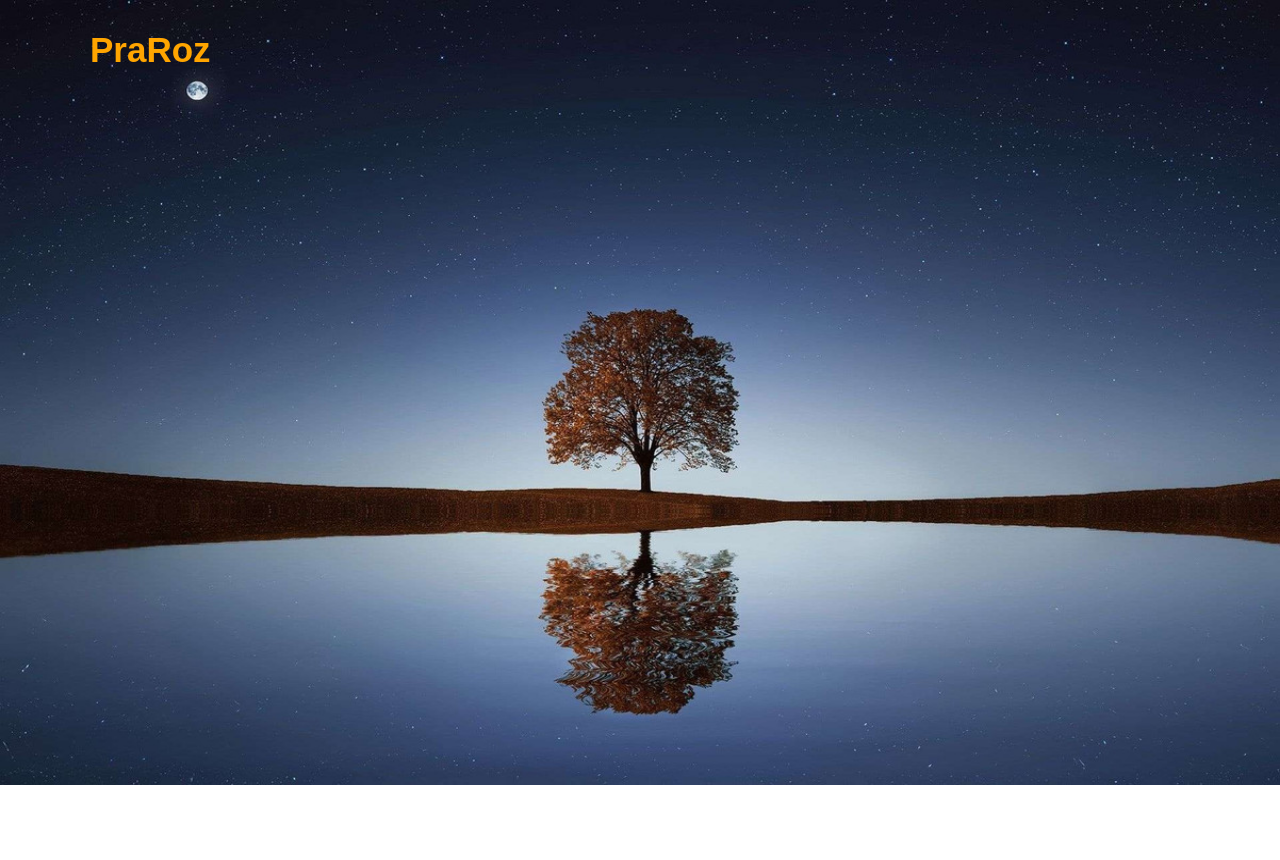
Repository: HuynhDuc23/project3
Page: index.html
The author's editor kept a copy of each file at every save. The page is drawn from the files as they stood at one save, then again after the next save.
The browser window is 1280 px wide. The pictures show the whole page.

Above is the page before, as saved 2023-05-03 15:35:54.

### index.html
<html lang="en">
<head>
    <meta charset="UTF-8">
    <meta http-equiv="X-UA-Compatible" content="IE=edge">
    <meta name="viewport" content="width=device-width, initial-scale=1.0">
    <link rel="stylesheet" href="https://cdnjs.cloudflare.com/ajax/libs/font-awesome/6.4.0/css/all.min.css" integrity="sha512-iecdLmaskl7CVkqkXNQ/ZH/XLlvWZOJyj7Yy7tcenmpD1ypASozpmT/E0iPtmFIB46ZmdtAc9eNBvH0H/ZpiBw==" crossorigin="anonymous" referrerpolicy="no-referrer" />
    <link rel="stylesheet" href="style.css">
    <link rel="stylesheet" href="img/Project3.png">
    <title>Document</title>
</head>
<body>
    <div class="main">
    <img src="img/Project3.png" alt="" class="main--img">
        <div class="navbar">
            <div class="icon">
                <h2 class="logo">PraRoz</h2>
            </div>
        </div>
    </div>
</body>
</html>

### style.css
* {
    margin: 0;
    padding: 0;
}
.main--img {
    width: 100%;
    background: linear-gradient(to top , rgba(0,0,0,0),rgba(0,0,0,0.5) );
    background-position: center;
    background-size: cover;
    background-repeat: no-repeat;
    height: 109vh;
    position: relative;
}
.navbar
{
    width: 1200px;
    height: 75px;
    margin: auto;
}
.icon {
    width: 200px;
    float: left;
    height: 70px;
    position: absolute;
    left: 70px;
    top: 20px;
}
.logo {
    color: orange;
    font-size: 35px;
    font-family: Arial, Helvetica, sans-serif;
    padding-left: 20px;
    float: left;
    padding-top: 10px;
}

After the next save:
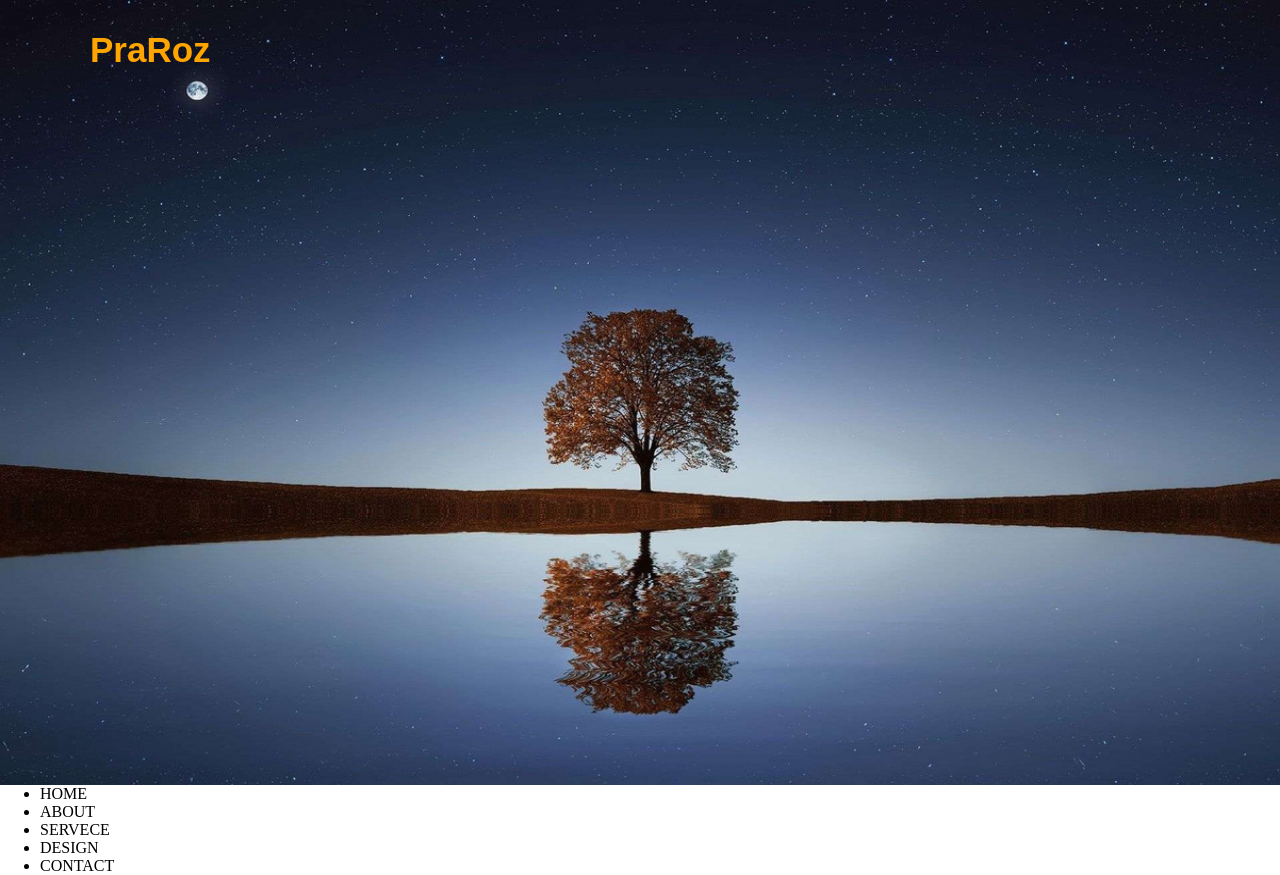
Saved 93 s later.
--- a/index.html
+++ b/index.html
@@ -15,6 +15,15 @@
             <div class="icon">
                 <h2 class="logo">PraRoz</h2>
             </div>
+            <div class="menu">
+                <ul>
+                    <li>HOME</li>
+                    <li>ABOUT</li>
+                    <li>SERVECE</li>
+                    <li>DESIGN</li>
+                    <li>CONTACT</li>
+                </ul>
+            </div>
         </div>
     </div>
 </body>
